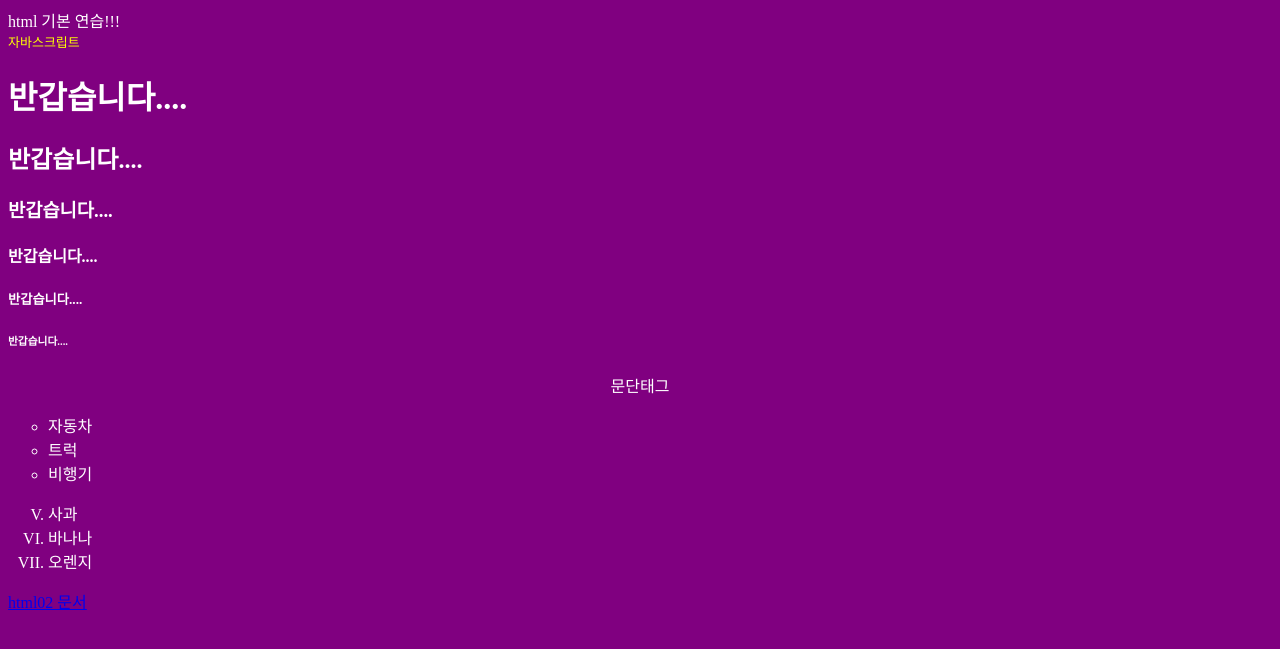
Repository: salee1023/JSP_Practice
Page: HTML_CSS_JS_practice01/src/main/webapp/html01.htm
The author's editor kept a copy of each file at every save. The page is drawn from the files as they stood at one save, then again after a run of saves.
The browser window is 1280 px wide. The pictures show the whole page.

Above is the page before, as saved 2021-08-16 10:35:16.

### HTML_CSS_JS_practice01/src/main/webapp/html01.htm
<!DOCTYPE html>
<!--
	html 기본 구조
	<html>
		<head>
			<meta charset = "utf-8">
			<title>문서의 제목</title>
		</head>
		<body>
			문서의 내용
		</body?
	</html>
 -->
<html>
<head>
<meta charset="utf-8">
<title>html 연습01</title>
</head>
<body bgcolor="purple" text="white">
	html 기본 연습!!!<br><font face="바탕" size="2" color="yellow">자바스크립트</font><h1>반갑습니다....</h1>
	<h2>반갑습니다....</h2><h3>반갑습니다....</h3><h4>반갑습니다....</h4><h5>반갑습니다....</h5><h6>반갑습니다....</h6>
	<p align="center">문단태그</p>
	<ul type="circle">  <!-- Unordered List -->
		<li>자동차</li>
		<li>트럭</li>
		<li>비행기</li>
	</ul>
	<ol type="I" start="5">  <!-- Ordered List -->
		<li>사과</li>
		<li>바나나</li>
		<li>오렌지</li>
	</ol>

	<a href="html02.htm" color="white">html02 문서</a>
</body>
</html>

After the next 2 saves:
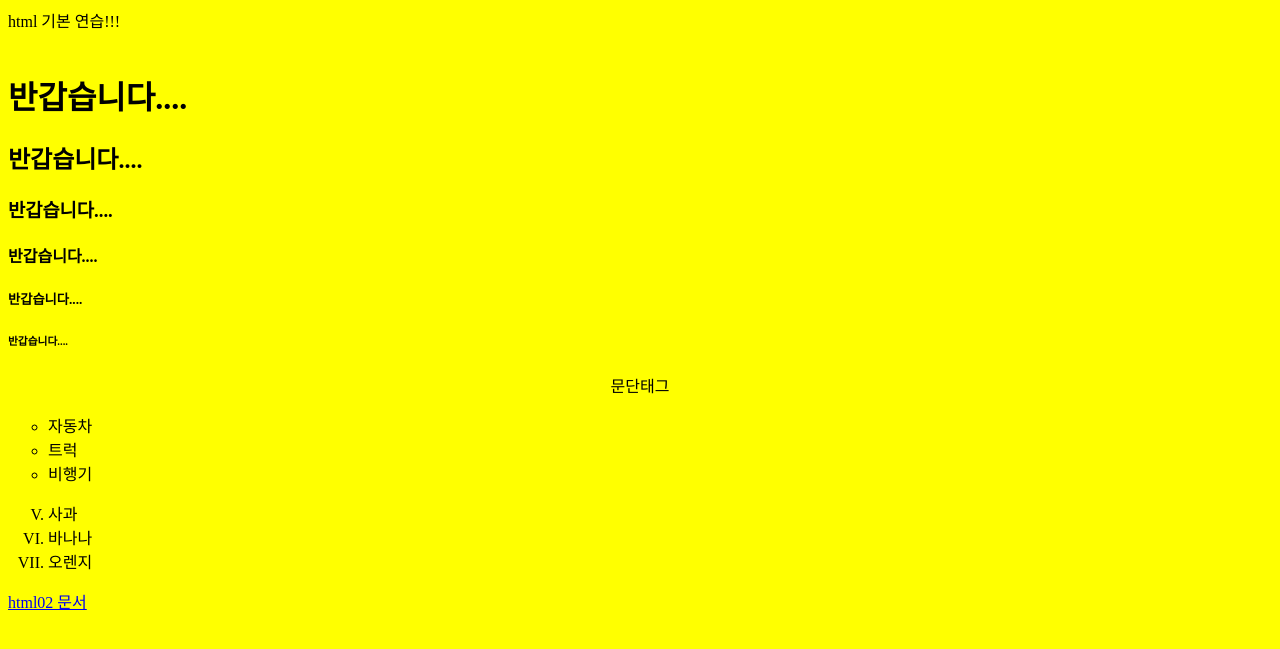
The 2 saves are shown as one change because they came seconds apart.
The last was saved 25 s later.
--- a/HTML_CSS_JS_practice01/src/main/webapp/html01.htm
+++ b/HTML_CSS_JS_practice01/src/main/webapp/html01.htm
@@ -16,7 +16,7 @@
 <meta charset="utf-8">
 <title>html 연습01</title>
 </head>
-<body bgcolor="purple" text="white">
+<body bgcolor="yellow" text="black">
 	html 기본 연습!!!<br><font face="바탕" size="2" color="yellow">자바스크립트</font><h1>반갑습니다....</h1>
 	<h2>반갑습니다....</h2><h3>반갑습니다....</h3><h4>반갑습니다....</h4><h5>반갑습니다....</h5><h6>반갑습니다....</h6>
 	<p align="center">문단태그</p>
